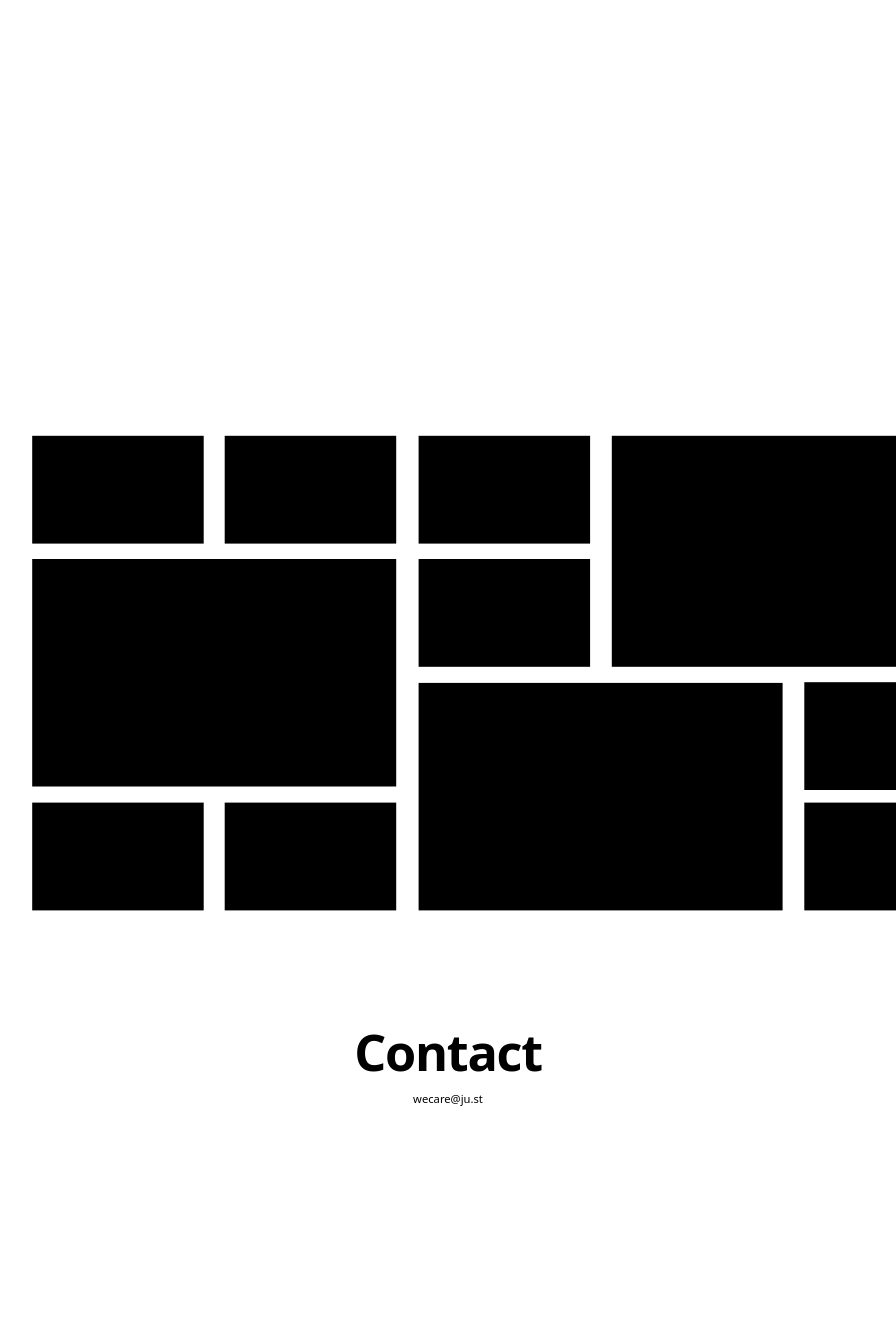
Repository: luiswoldu/personal
Page: /
An editor plug-in stored every save of this project. The page is shown before and after the next save, followed by the edit.
The browser window is 1280 px wide. The pictures show the part of the page from y = 842 to 2762 px (the page is 2838 px tall), at 70% of full size.
The project was rebuilt for these pictures with package versions that can differ from the ones it lists, and the page was loaded fresh each time. Also part of the build but not shown: vite.config.js.

Above is the page before, as saved 2025-01-08 21:38:57.

After the next save:
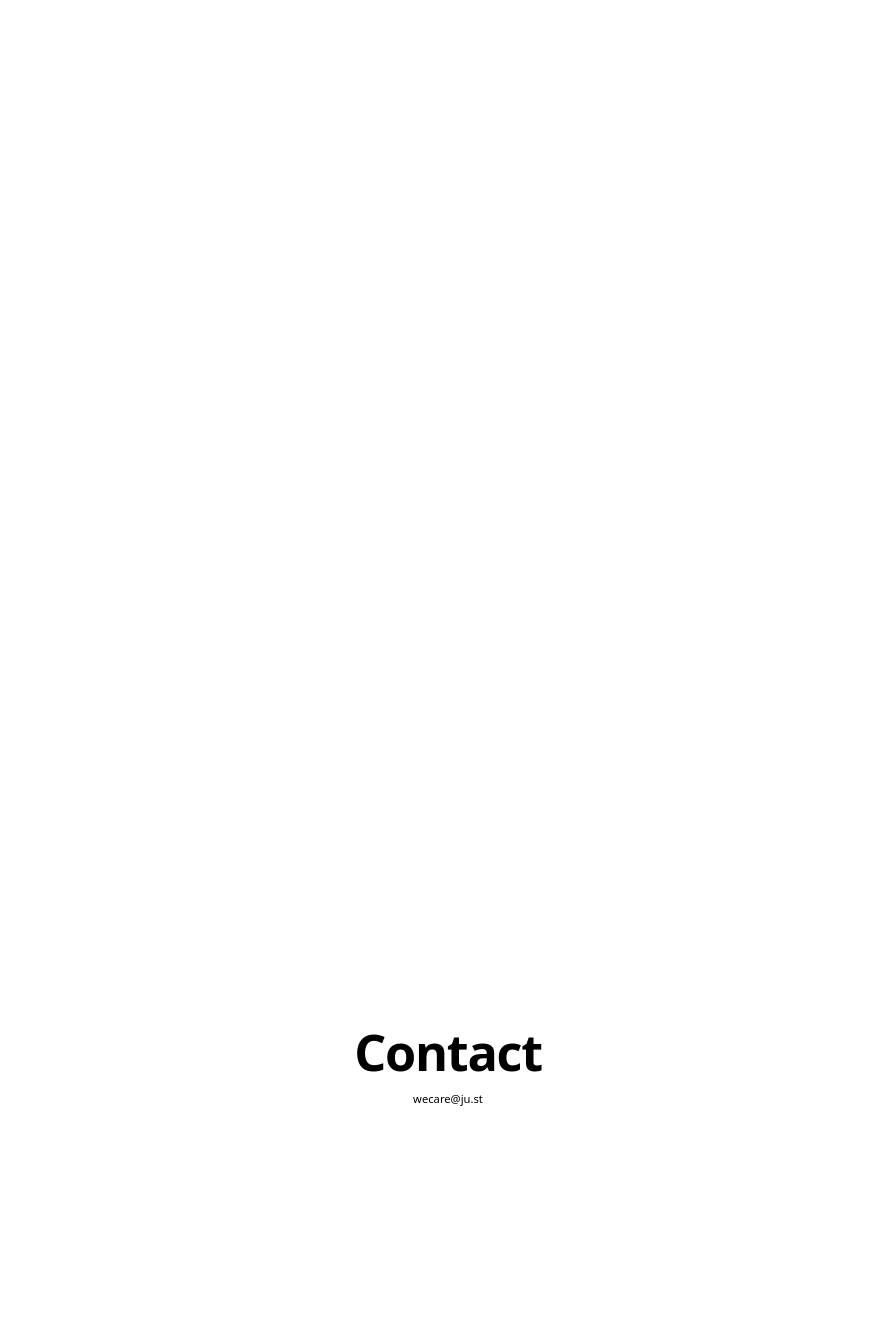
Saved 2 min 50 s later.
--- a/src/index.css
+++ b/src/index.css
@@ -27,7 +27,13 @@
   color: white;
   opacity: 0; /* Initially hidden */
   transform: translateY(20px); /* Initial position for animation */
-  animation: fadeInUp 0.8s ease-out forwards; /* Apply animation */
+  transition: opacity 0.8s ease-in-out, transform 0.8s ease-in-out; /* Transition for smooth effect */
+}
+
+/* Animation class for tiles when visible */
+.gallery-item.visible {
+  opacity: 1;
+  transform: translateY(0); /* Move to original position */
 }
 
 /* Define keyframes for the fade-in-up animation */
@@ -44,35 +50,35 @@
 
 /* Apply staggered animation delays for each tile */
 .gallery-item:nth-child(1) {
-  animation-delay: 0s;
+  transition-delay: 0s;
 }
 
 .gallery-item:nth-child(2) {
-  animation-delay: 0.1s;
+  transition-delay: 0.1s;
 }
 
 .gallery-item:nth-child(3) {
-  animation-delay: 0.2s;
+  transition-delay: 0.2s;
 }
 
 .gallery-item:nth-child(4) {
-  animation-delay: 0.3s;
+  transition-delay: 0.3s;
 }
 
 .gallery-item:nth-child(5) {
-  animation-delay: 0.4s;
+  transition-delay: 0.4s;
 }
 
 .gallery-item:nth-child(6) {
-  animation-delay: 0.5s;
+  transition-delay: 0.5s;
 }
 
 .gallery-item:nth-child(7) {
-  animation-delay: 0.6s;
+  transition-delay: 0.6s;
 }
 
 .gallery-item:nth-child(8) {
-  animation-delay: 0.7s;
+  transition-delay: 0.7s;
 }
 
 /* Base tile sizes */

After the save that followed:
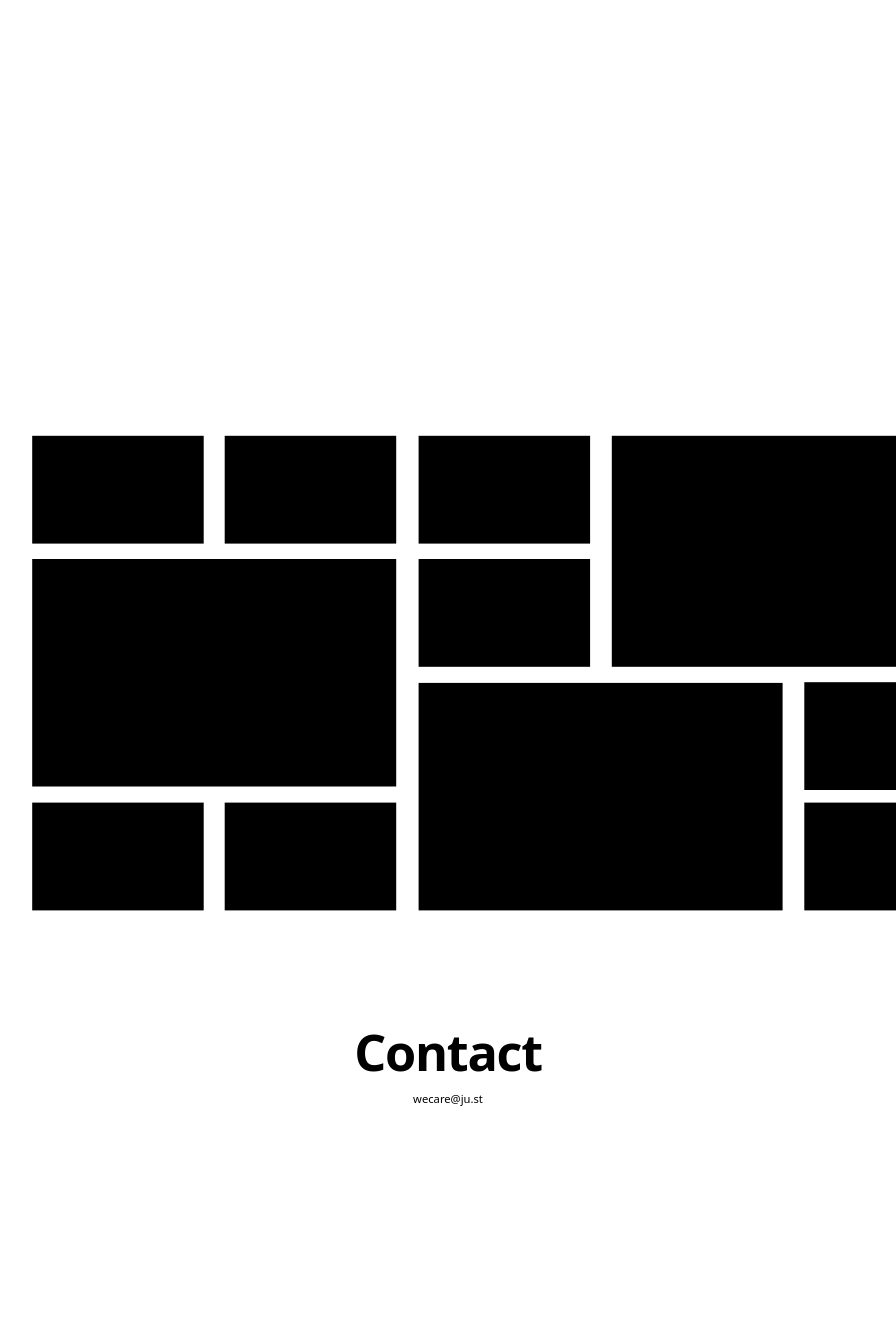
Saved 10 s later.
--- a/src/index.css
+++ b/src/index.css
@@ -27,13 +27,7 @@
   color: white;
   opacity: 0; /* Initially hidden */
   transform: translateY(20px); /* Initial position for animation */
-  transition: opacity 0.8s ease-in-out, transform 0.8s ease-in-out; /* Transition for smooth effect */
-}
-
-/* Animation class for tiles when visible */
-.gallery-item.visible {
-  opacity: 1;
-  transform: translateY(0); /* Move to original position */
+  animation: fadeInUp 0.8s ease-out forwards; /* Apply animation */
 }
 
 /* Define keyframes for the fade-in-up animation */
@@ -50,35 +44,35 @@
 
 /* Apply staggered animation delays for each tile */
 .gallery-item:nth-child(1) {
-  transition-delay: 0s;
+  animation-delay: 0s;
 }
 
 .gallery-item:nth-child(2) {
-  transition-delay: 0.1s;
+  animation-delay: 0.1s;
 }
 
 .gallery-item:nth-child(3) {
-  transition-delay: 0.2s;
+  animation-delay: 0.2s;
 }
 
 .gallery-item:nth-child(4) {
-  transition-delay: 0.3s;
+  animation-delay: 0.3s;
 }
 
 .gallery-item:nth-child(5) {
-  transition-delay: 0.4s;
+  animation-delay: 0.4s;
 }
 
 .gallery-item:nth-child(6) {
-  transition-delay: 0.5s;
+  animation-delay: 0.5s;
 }
 
 .gallery-item:nth-child(7) {
-  transition-delay: 0.6s;
+  animation-delay: 0.6s;
 }
 
 .gallery-item:nth-child(8) {
-  transition-delay: 0.7s;
+  animation-delay: 0.7s;
 }
 
 /* Base tile sizes */
